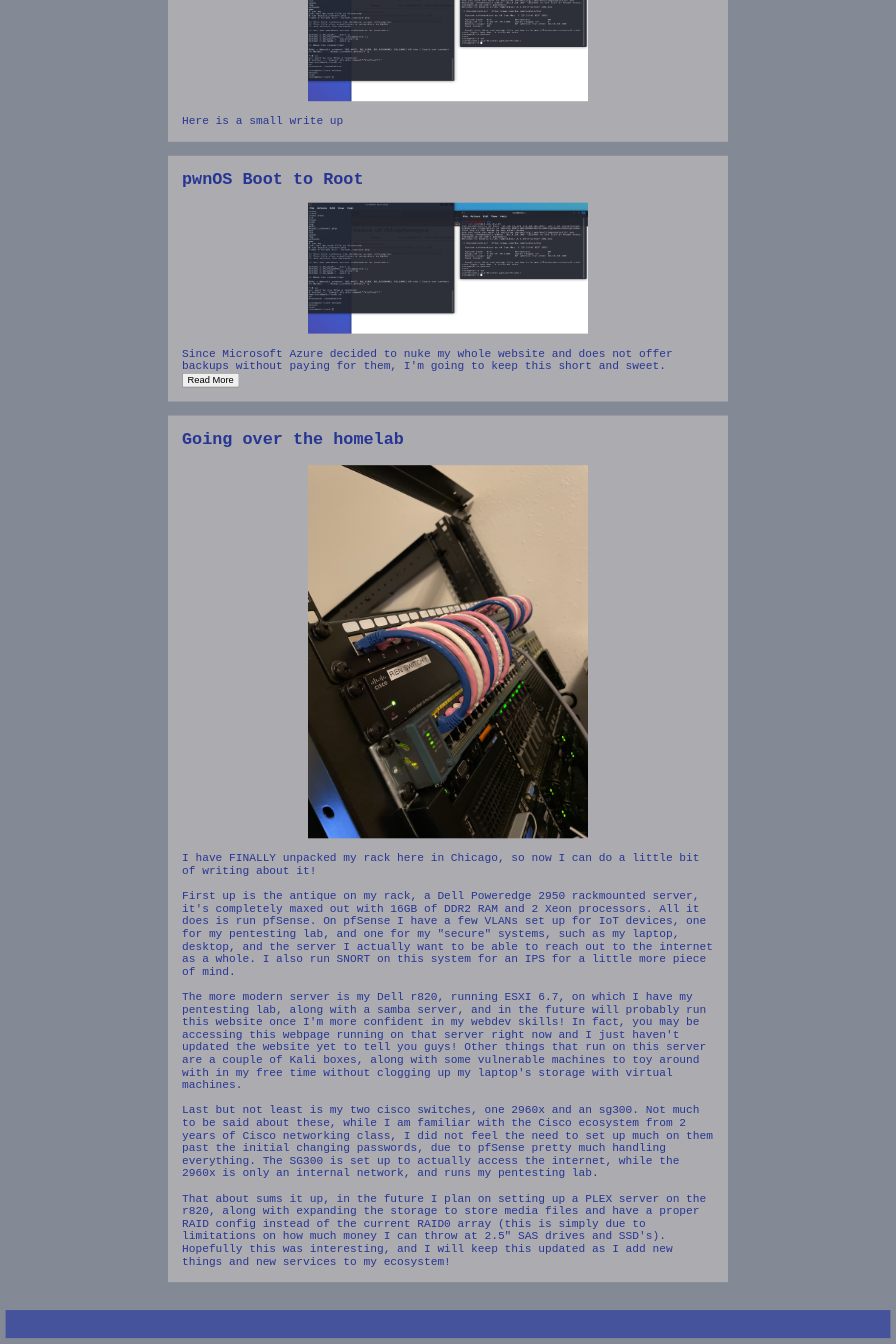
Repository: RennarDeer/RenDev
Page: index.html
These files come from the project's save history. The page is drawn as it stood at one moment and after the next save; the edit follows.
The browser window is 1280 px wide. The pictures show the part of the page from y = 791 to 2711 px (the page is 2711 px tall before and 2300 px after), at 70% of full size.

Above is the page before, as saved 2023-02-16 23:08:39.
Console error: TypeError: Cannot read properties of null (reading 'addEventListener')

### index.html
<!DOCTYPE html>
<html>
  <head>
    <title>Rennar's Website</title>
    <link rel="stylesheet" type="text/css" href="style.css">
    <script src="readmore.js"></script>
  </head>
  <body>
    <header>
      <h1>Ren's Dumb Website</h1>

    </header>
     <!-- "About" section -->
     <section id="about" class="intro">
        <!--Replace with your own image-->
        <center><img src="renpic.JPG"
            alt="RennarPicture" height=375px;>
        <h2 class="section-title">Hi, I'm Ren!</h2>
        <p>
            A little bit about myself, I'm Rennar, or Ren for short. I'm a 25 year old girl from North Dakota
            who is currently living in Chicago, Illinois. My hobbies are mainly focused on my home lab, and security research.
            <br><br>
            My other hobbies include a little bit of light gaming when I have the time, skateboarding, cooking, and photography.</center>
	</p>
    </section>
    <main>

        <article>
            <h2>OWASP IoT GOAT</h2>

            <img src="boot2root.png" alt="Boot2Root">

            Here is a small write up
          </article>
      <article>
        <h2>pwnOS Boot to Root</h2>

        <img src="boot2root.png" alt="Boot2Root">

        Since Microsoft Azure decided to nuke my whole website and does not offer backups without
        paying for them, I'm going to keep this short and sweet.

        <button id="read-more-btn">Read More</button>

        <div id="article-more" style="display: none;">

            <p>
        pwnOS 2.0 isn't known as a difficult box to break into, but it makes for a good starting out
        point for people new to CTFs. A quick rundown of this box is that it is a simple blog for a
        company, running a vulnerable version of SimplePHP. Executing a remote command to reset
        the admin password is a fairly simple perl script that comes with Kali Linux, after running it,
        you can log into the site.

            <br><br>

        This doesn't get you very far, but you'll be able to upload ANY file
        you would like. So naturally I set up netcat, uploaded and ran a reverse shell. After this its
        fairly trivial to find the root password in a config file the website owner left us, and now
        we can directly ssh into the box as root, completing this CTF.
        </p>
        <script src="readmore.js"></script>
        </article>
      <article>
        <h3>Going over the homelab</h3>

                        <img src="rackpic.JPG" alt="RensRack">

                        I have FINALLY unpacked my rack here in Chicago, so now I can do a little bit of writing about it!

                            <br><br>


                        First up is the antique on my rack, a Dell Poweredge 2950 rackmounted server, it's completely
                        maxed out with 16GB of DDR2 RAM and 2 Xeon processors. All it does is run pfSense. On pfSense
                        I have a few VLANs set up for IoT devices, one for my pentesting lab, and one for my "secure"
                        systems, such as my laptop, desktop, and the server I actually want to be able to reach out
                        to the internet as a whole. I also run SNORT on this system for an IPS for a little more piece
                        of mind.

                            <br><br>

                        The more modern server is my Dell r820, running ESXI 6.7, on which I have my pentesting lab,
                        along with a samba server, and in the future will probably run this website once I'm more confident
                        in my webdev skills! In fact, you may be accessing this webpage running on that server right now and
                        I just haven't updated the website yet to tell you guys! Other things that run on this server are a
                        couple of Kali boxes, along with some vulnerable machines to toy around with in my free time without
                        clogging up my laptop's storage with virtual machines.

                            <br><br>

                        Last but not least is my two cisco switches, one 2960x and an sg300. Not much to be said about these,
                        while I am familiar with the Cisco ecosystem from 2 years of Cisco networking class, I did not feel
                        the need to set up much on them past the initial changing passwords, due to pfSense pretty much handling
                        everything. The SG300 is set up to actually access the internet, while the 2960x is only an internal
                        network, and runs my pentesting lab.

                            <br><br>

                        That about sums it up, in the future I plan on setting up a PLEX server on the r820, along with expanding
                        the storage to store media files and have a proper RAID config instead of the current RAID0 array (this is
                        simply due to limitations on how much money I can throw at 2.5" SAS drives and SSD's). Hopefully this was
                        interesting, and I will keep this updated as I add new things and new services to my ecosystem!

      </article>
    </main>
    <footer>
    </footer>
  </body>
</html>

### style.css
body {
    background-color: #838995;
    color: #273693;
    font-family: "Courier New", Courier, monospace;
    font-size: 16px;
  }

  header {
    background-color: #44539c;
    color: #ababb0;
    padding: 20px;
    display: flex;
    justify-content: space-between;
    align-items: center;
  }

  nav ul {
    list-style: none;
    margin: 0;
    padding: 0;
    display: flex;
  }

  nav ul li {
    margin: 0 10px;
  }

  nav ul li a {
    color: #ababb0;
    text-decoration: none;
  }

  main {
    max-width: 800px;
    margin: 0 auto;
    padding: 20px;
  }

  article {
    background-color: #ababb0;
    padding: 20px;
    margin-bottom: 20px;
  }

  article h2 {
    color: #273693;
    font-size: 24px;
    margin-top: 0;
  }

  article img {
    display: block;
    margin: 20px auto;
    width: 400px;
    height: auto;
  }

  article h3 {
    color: #273693;
    font-size: 24px;
    margin-top: 0;
  }

  article img {
    display: block;
    margin: 20px auto;
    width: 400px;
    height: auto;
  }

  footer {
    background-color: #44539c;
    color: #ababb0;
    padding: 20px;
    text-align: center;
  }

### readmore.js
var readMoreBtn = document.getElementById("read-more-btn");
var articleMore = document.getElementById("article-more");

readMoreBtn.addEventListener("click", function() {
    if (articleMore.style.display === "none") {
        articleMore.style.display = "block";
        readMoreBtn.innerText = "Read Less";
    } else {
        articleMore.style.display = "none";
        readMoreBtn.innerText = "Read More";
    }
});

After the next save:
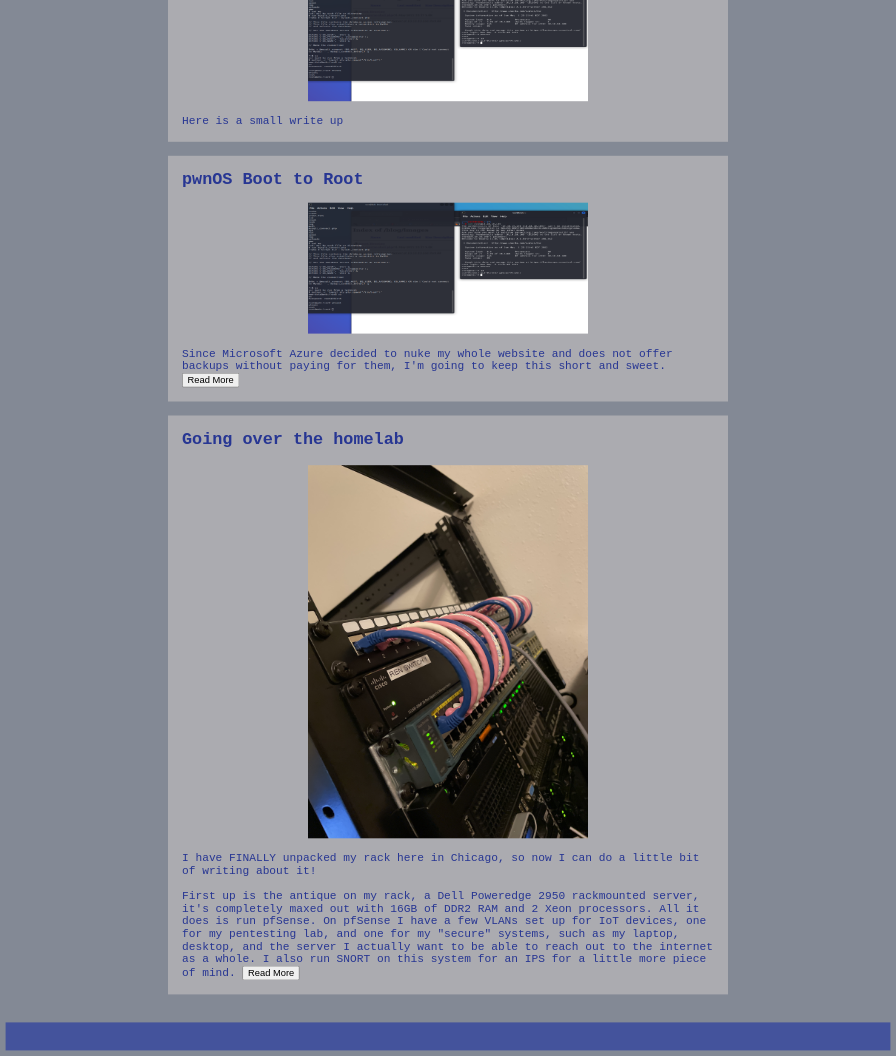
Saved 2 min 46 s later.
--- a/index.html
+++ b/index.html
@@ -77,7 +77,11 @@
                         to the internet as a whole. I also run SNORT on this system for an IPS for a little more piece
                         of mind.
 
-                            <br><br>
+                        <button id="read-more-btn">Read More</button>
+
+                        <div id="article-more" style="display: none;">
+
+                            <p>
 
                         The more modern server is my Dell r820, running ESXI 6.7, on which I have my pentesting lab,
                         along with a samba server, and in the future will probably run this website once I'm more confident
@@ -101,6 +105,10 @@
                         simply due to limitations on how much money I can throw at 2.5" SAS drives and SSD's). Hopefully this was
                         interesting, and I will keep this updated as I add new things and new services to my ecosystem!
 
+                        </p>
+
+
+
       </article>
     </main>
     <footer>
